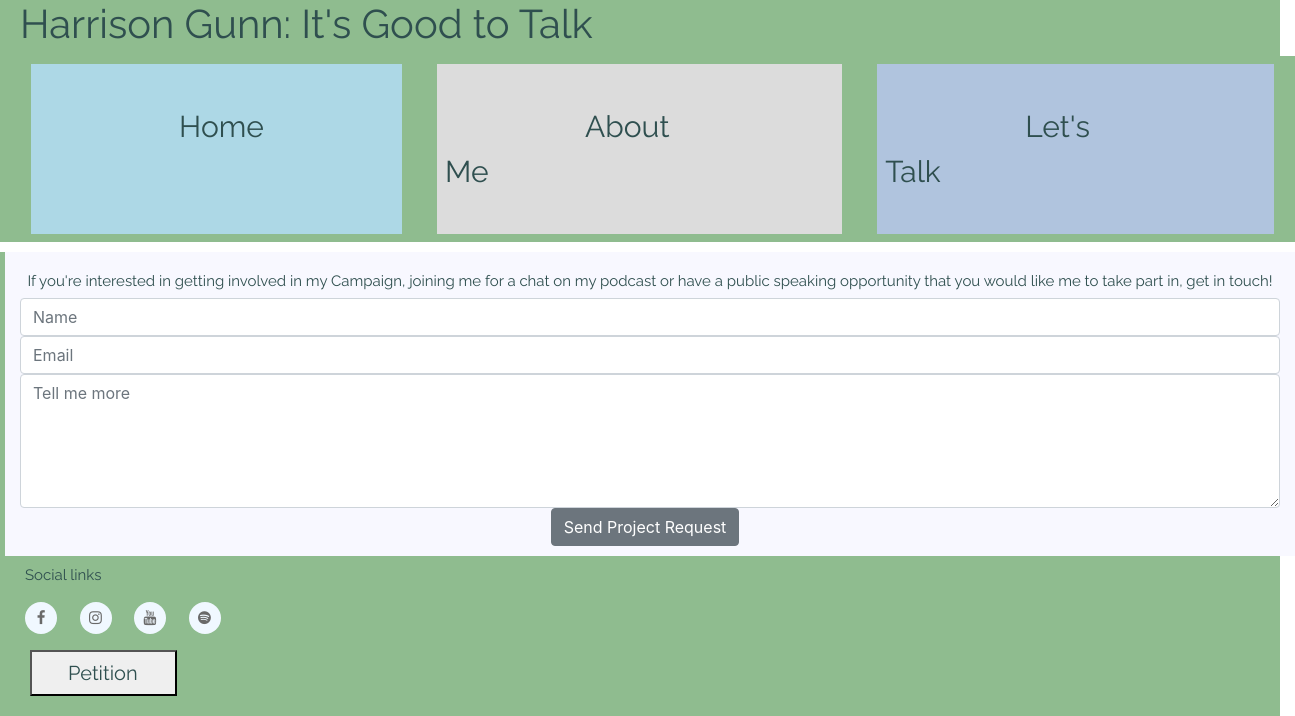
Repository: Leannald13/mile-stone-project-html
Page: contact.html
The author's editor kept a record of every edit. The page is drawn from the files as they stood at one moment, then again after the next edit.
The browser window is 1280 px wide. The page is 1295 px wide, so the pictures cover 1295 px, including what lies to the right of the window. The pictures show the part of the page from y = 500 to 1216 px (the page is 1216 px tall before and 1214 px after).

Above is the page before.

### contact.html
<!DOCTYPE html>
<html lang="en">

<head>
    <meta charset="UTF-8">
    <meta name="viewport" content="width=device-width, initial-scale=1.0">
    <meta http-equiv="X-UA-Compatible" content="ie=edge">
    <link rel="stylesheet" href="https://stackpath.bootstrapcdn.com/bootstrap/4.3.1/css/bootstrap.min.css" type="text/css" />
    <link rel="stylesheet" href="https://cdnjs.cloudflare.com/ajax/libs/hover.css/2.3.1/css/hover-min.css" type="text/css" />
    <link rel="stylesheet" href="https://stackpath.bootstrapcdn.com/font-awesome/4.7.0/css/font-awesome.min.css" type="text/css" />
    <link rel="stylesheet" href="assets/css/style.css" type="text/css" />
    <title>Harrison</title>
</head>

<body>
    <header>
        <div class="row">
            <a href="index.html" class="col-md-12 logo">

            </a>
        </div>

        <div class="container-fluid">
            <div class="row">
                <div class="col-sm-12">
                    <div class="row no-gutters bg-color-name">
                        <div class="col heading">
                            <h1 class="name">Harrison Gunn: It's Good to Talk</h1>
                        </div>
                    </div>
                </div>
                    <nav class="navbar navbar-expand-lg" class="modal" tabindex="-1" role="dialog" id="SignUpModal">
            <button class="navbar-toggler" type="button" data-toggle="collapse" data-target="#navbarSupportedContent" aria-controls="navbarSupportedContent" aria-expanded="false" aria-label="Toggle navigation">
                    <span class="navbar-toggler-icon"></span>
                  </button>
                     <div class="collapse navbar-collapse" id="navbarSupportedContent">
                        <ul class="navbar-nav mr-auto">
                            <li class="nav-item active ui-menu-color-home">
                                <a class="nav-link" href="index.html" class="hvr-Wobble-Horizontal"><span>Home</span></a>
                            </li>
                            <li class="nav-item active ui-menu-color-about">
                                <a class="nav-link" href="general.html" class="hvr-wobble-horizontal"><span>About Me</span></a>
                            </li>
                            <li class="nav-item active ui-menu-color-comments">
                                <a class="nav-link" href="contact.html" class="hvr-wobble-horizontal"><span>Let's Talk</span></a>
                            </li>
                        </ul>
                    </div
                    </nav>
    </header>
    <section class="container-fluid">
        <div class="row bg-color-contact">
            <div class="col">
                <h5 class="uppercase text-center">If you're interested in getting involved in my Campaign, joining me for a chat on my podcast or have a public speaking opportunity that you would like me to take part in, get in touch!</h5>
                <div class="center-form">
                    <form>
                        <form>
                            <input type="text" name="name" id="fullname" class="form-control" placeholder="Name" required/>
                             <input type="email" name="email" id="emailaddress" class="form-control" placeholder="Email" required/>
                             <textarea rows="5" name="summary" id="summary" class="form-control" placeholder="Tell me more" required></textarea>
                            <div class="form-row text-center">
                                <div class="col">
                                    <button type="submit" class="btn btn-secondary">Send Project Request</button>
                                </div>
                            </div>
                        </form>
                    </form>
                </div>
            </div>
        </div>
    <footer>
        <div class="container-fluid">
            <div class="col sm-12">
                <h5 class="uppercase general-sub">Social links</h5>
                <ul class="list-inline social-links">
                    <li class="list-inline-item">
                        <a target="_blank" href="https://www.facebook.com/harrison.gunn.16">
                           <i class="fa fa-facebook" aria-hidden="true"></i>
                           <span class="sr-only">Facebook</span>
                        </a>
                    </li>
                    <li class="list-inline-item">
                        <a target="_blank" href="https://www.instagram.com/harrisongunn_/">
                           <i class="fa fa-instagram" aria-hidden="true"></i>
                           <span class="sr-only">Instagram</span>
                        </a>
                    </li>
                    <li class="list-inline-item">
                        <a target="_blank" href="https://www.youtube.com/channel/UCEPhcVc_ooMeZwhF5X4OEYg">
                           <i class="fa fa-youtube" aria-hidden="true"></i>
                           <span class="sr-only">YouTube</span>
                           </a>
                    </li>
                    <li class="list-inline-item">
                        <a target="_blank" href="spotify:show:1azq4fgMCEafJTPjsGm6tL">
                           <i class="fa fa-spotify" aria-hidden="true"></i>
                           <span class="sr-only">Spotify</span>
                           </a>
                    </li>
            </div>
        </div>
        <button class="list-inline-item-button">
          <a class="navbar-brand" href="https://petition.parliament.uk/petitions/260373">Petition</a>
                        </button>
    </footer>
</body>

</html>

### assets/css/style.css
@import url('https://fonts.googleapis.com/css?family=Raleway&display=swap');


/* -------------------------------------------------------------Heading */

.logo {
    background: url("../images/haribo.jpg");
    background-position: center;
    background-repeat: no-repeat;
    background-size: cover;
    width: 100%;
    height: 500px;
    transition: all .5s;
    display: block;
}

.heading {
    background-color: #8fbc8f !important;
    width: 100%;

}


.bg-color-name {
    font-family: "Raleway", sans-serif;
    color: #2f4f4f;
    text-align: left;
    font-weight: 100;
    width: 100%;

}

.name {
    font-size: 40px;
    padding-left: 20px;
}

/* -------------------------------------------------------------nav bar */


.text-center {
    width: 100%;
}

.container-fluid {
    padding: 0;
    margin: 0;
    width: 100%;
    background-color: #8fbc8f;
}

.nav-link {
    font-size: 30px;
    color: #2f4f4f;
    padding: 40px;

}

.nav-link span {
    padding: 130px;
    text-align: center;
    margin-left: 10px;
}

.nav-item {
    margin-left: 30px;
}


.ui-menu-color-home {
    background-color: #ADD8E6;
    margin-right: 5px;
    font-family: "Raleway", sans-serif;
    color: #2f4f4f;
}

.ui-menu-color-about {
    background-color: #DCDCDC;
    margin-right: 5px;
     font-family: "Raleway", sans-serif;
    color: #2f4f4f;
}

.ui-menu-color-comments {
    background-color: #B0C4DE;
    margin-right: 5px;
    font-family: "Raleway", sans-serif;
    color: #2f4f4f;
}

.navbar-brand {
    padding-left: 30px;
    padding-right: 15px;
    font-family: "Raleway", sans-serif;
    color: #2f4f4f !important;
}


.navbar {
    background-color: #8fbc8f !important;

}



/* -------------------------------------------------------------Section Contact.html */

h5 {
    color: #2f4f4f;
    font-family: "Raleway", sans-serif;
    font-size: 15px;
    font-weight: 400;

}

.bg-color-contact {
    background-color: #F8F8FF;
    padding-top: 20px;
    padding-bottom: 10px;
    margin-top: 10px;
    margin-left: 5px;

}

/* -------------------------------------------------------------Section General.html */

/* -------------------------------------------------------------Footer */

footer {
    background-color: #8fbc8f;
    padding-bottom: 20px;
    width: 100%;

}

.social-links li a i {
    width: 32px;
    height: 32px;
    padding-top: 12px;
    border-radius: 50%;
    font-size: 15px;
    line-height: 7px;
    text-align: center;
    color: #696969 !important;
    background: #f0f8ff;
    background-position: center;
    transition: all 0.35s ease-in-out;
}

.general-sub {
    padding-top: 10px;
    color: #2f4f4f;
    padding-left: 10px;
    padding-bottom: 10px;
}

.list-inline-item {
    padding-left: 10px;
}

.fa fa-facebook {
    padding-left: 5px;
}

.list-inline-item-button {
    margin-left: 30px;
}

After the next edit:
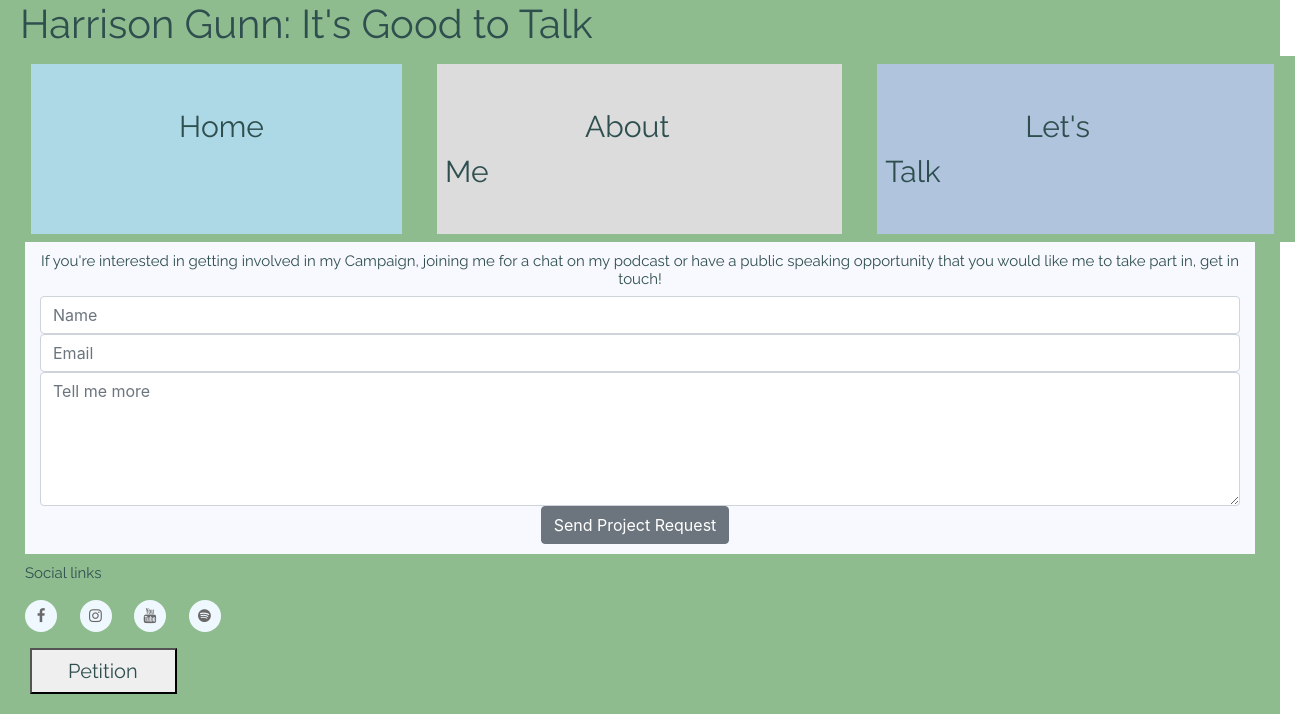
The edit:
--- a/assets/css/style.css
+++ b/assets/css/style.css
@@ -115,11 +115,10 @@
 
 .bg-color-contact {
     background-color: #F8F8FF;
-    padding-top: 20px;
+    padding-top: 10px;
     padding-bottom: 10px;
-    margin-top: 10px;
-    margin-left: 5px;
-
+    margin-left: 25px;
+    margin-right: 25px;
 }
 
 /* -------------------------------------------------------------Section General.html */
